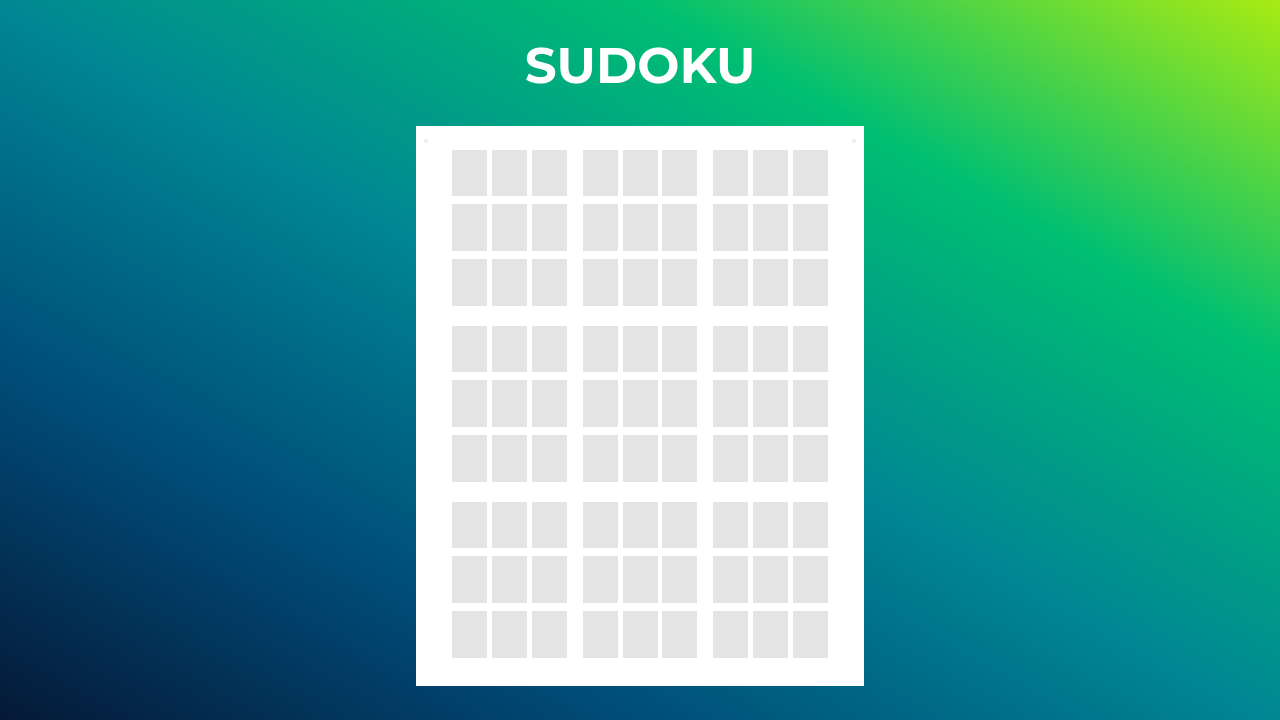
Repository: pattypetrikova/sudoku
Page: index.html
The author's editor kept a copy of each file at every save. The page is drawn from the files as they stood at one save, then again after the next save.
The browser window is 1280 px wide. The pictures show the whole page.
Some web fonts or font styles are not loaded; a fallback is used.

Above is the page before, as saved 2022-12-30 12:00:24.

### index.html
<!DOCTYPE html>
<html lang="en">
<head>
    <meta charset="UTF-8">
    <meta http-equiv="X-UA-Compatible" content="IE=edge">
    <meta name="viewport" content="width=device-width, initial-scale=1.0">
    <link rel="stylesheet" href="./assets/style.css">
    <link rel="preconnect" href="https://fonts.googleapis.com">
    <link rel="preconnect" href="https://fonts.gstatic.com" crossorigin>
    <link href="https://fonts.googleapis.com/css2?family=Erica+One&family=Montserrat:ital,wght@0,700;1,400&display=swap" rel="stylesheet">
    <title>Sudoku</title>
</head>
<body>
    <main class="background">
        <h1 class="title">Sudoku</h1>
        <div class="game">
            <div class="head">
                <div class="buttons">
                    <button class="button start"></button>
                    <div class="time-couner"></div>
                </div>
            </div>
            <div class="gameboard">
                <form class="board-section" action="">
                    <input class="number" type="text">
                    <input class="number" type="text">
                    <input class="number" type="text">
                    <input class="number" type="text">
                    <input class="number" type="text">
                    <input class="number" type="text">
                    <input class="number" type="text">
                    <input class="number" type="text">
                    <input class="number" type="text">
                </form>
                <form class="board-section" action="">
                    <input class="number" type="text">
                    <input class="number" type="text">
                    <input class="number" type="text">
                    <input class="number" type="text">
                    <input class="number" type="text">
                    <input class="number" type="text">
                    <input class="number" type="text">
                    <input class="number" type="text">
                    <input class="number" type="text">
                </form>
                <form class="board-section" action="">
                    <input class="number" type="text">
                    <input class="number" type="text">
                    <input class="number" type="text">
                    <input class="number" type="text">
                    <input class="number" type="text">
                    <input class="number" type="text">
                    <input class="number" type="text">
                    <input class="number" type="text">
                    <input class="number" type="text">
                </form>
                <form class="board-section" action="">
                    <input class="number" type="text">
                    <input class="number" type="text">
                    <input class="number" type="text">
                    <input class="number" type="text">
                    <input class="number" type="text">
                    <input class="number" type="text">
                    <input class="number" type="text">
                    <input class="number" type="text">
                    <input class="number" type="text">
                </form>
                <form class="board-section" action="">
                    <input class="number" type="text">
                    <input class="number" type="text">
                    <input class="number" type="text">
                    <input class="number" type="text">
                    <input class="number" type="text">
                    <input class="number" type="text">
                    <input class="number" type="text">
                    <input class="number" type="text">
                    <input class="number" type="text">
                </form>
                <form class="board-section" action="">
                    <input class="number" type="text">
                    <input class="number" type="text">
                    <input class="number" type="text">
                    <input class="number" type="text">
                    <input class="number" type="text">
                    <input class="number" type="text">
                    <input class="number" type="text">
                    <input class="number" type="text">
                    <input class="number" type="text">
                </form>
                <form class="board-section" action="">
                    <input class="number" type="text">
                    <input class="number" type="text">
                    <input class="number" type="text">
                    <input class="number" type="text">
                    <input class="number" type="text">
                    <input class="number" type="text">
                    <input class="number" type="text">
                    <input class="number" type="text">
                    <input class="number" type="text">
                </form>
                <form class="board-section" action="">
                    <input class="number" type="text">
                    <input class="number" type="text">
                    <input class="number" type="text">
                    <input class="number" type="text">
                    <input class="number" type="text">
                    <input class="number" type="text">
                    <input class="number" type="text">
                    <input class="number" type="text">
                    <input class="number" type="text">
                </form>
                <form class="board-section" action="">
                    <input class="number" type="text">
                    <input class="number" type="text">
                    <input class="number" type="text">
                    <input class="number" type="text">
                    <input class="number" type="text">
                    <input class="number" type="text">
                    <input class="number" type="text">
                    <input class="number" type="text">
                    <input class="number" type="text">
                </form>
            </div>
            <div class="footer">
                <div class="footer-buttons">
                    <button class="button finish"></button>
                </div>
            </div>
        </div>
    </main>
</body>
</html>

### assets/style.css
/* simple reset */
* {
    margin: 0;
    padding: 0;
    box-sizing: border-box;
}

/* general styles */
.background {
    font-family: 'Montserrat', sans-serif;
    color: white;
}

/* project styles */

.background {
    background-image: linear-gradient(to right top, #051937, #004d7a, #008793, #00bf72, #a8eb12);
    height: 100vh;
    display: flex;
    align-items: center;
    justify-content: center;
    flex-direction: column;
}


.game {
    background-color: white;
    min-width: 28em;
    min-height: 35em;
    display: flex;
    justify-content: center;
}

.title {
    font-size: 50px;
    color: white;
    text-transform: uppercase;
    padding-bottom: 30px;
}

.gameboard {
    display: grid;
    padding: 1.5em;
    grid-template-columns: 1fr 1fr 1fr;
    gap: 1em;
}

.board-section {
    display: inline-grid;
    grid-template-columns: 1fr 1fr 1fr;
    justify-items: center;
    gap: .3em;
    max-width: 120px;
}

.number {
    width: 35px;
    height: 3.5em;
    background-color: lightgray;
    outline: none;
    border: none;
    /* border-radius: 8px; */
    opacity: 0.6;
}

After the next save:
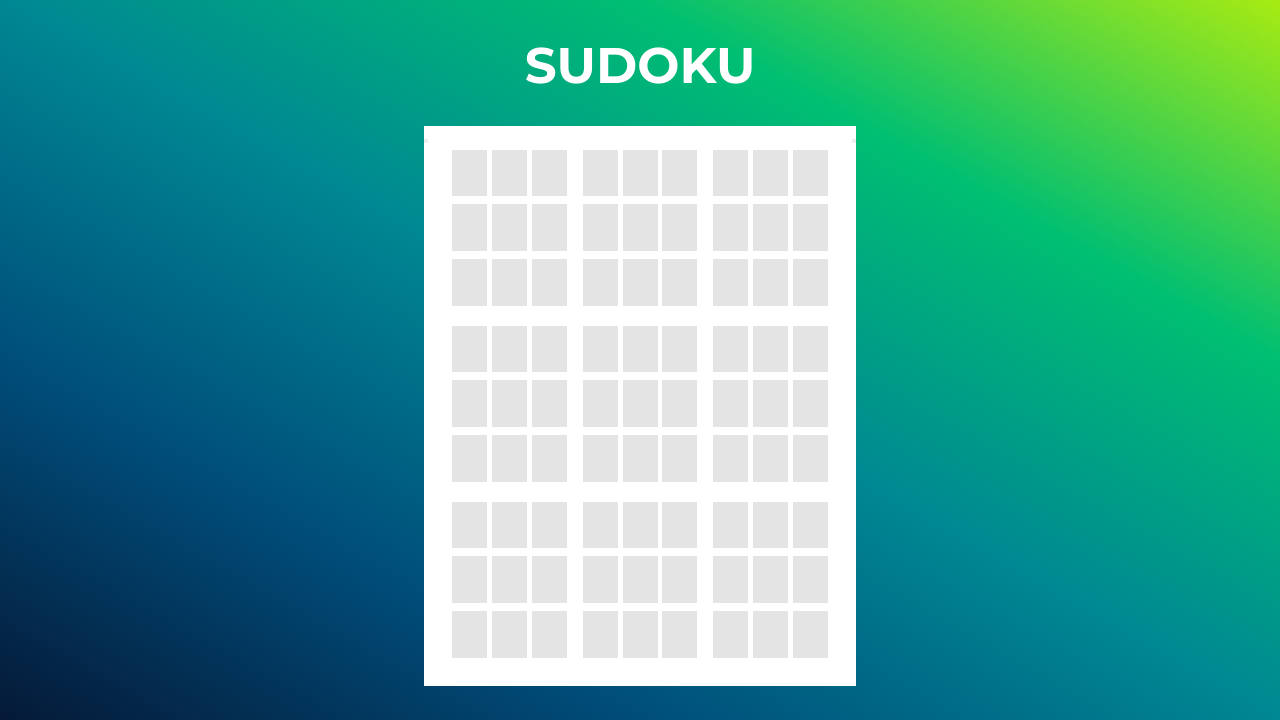
Saved 16 s later.
--- a/assets/style.css
+++ b/assets/style.css
@@ -25,7 +25,7 @@
 
 .game {
     background-color: white;
-    min-width: 28em;
+    /* min-width: 28em; */
     min-height: 35em;
     display: flex;
     justify-content: center;
